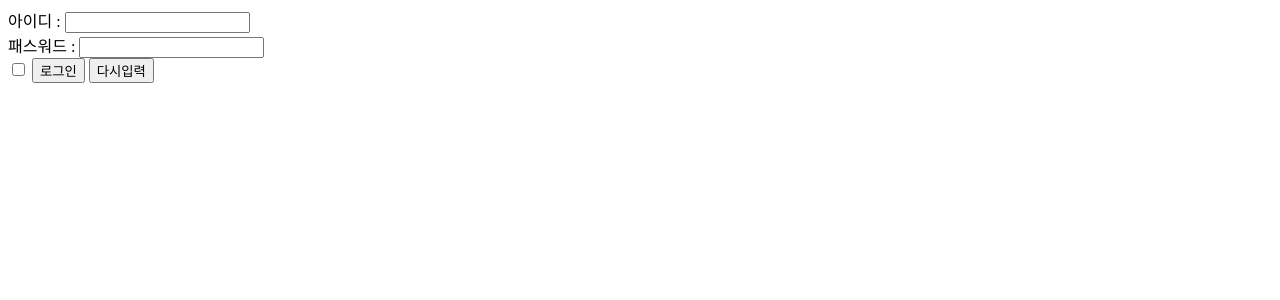
Repository: onerain5120/db_conn
Page: eclipse-workspace/pro06/src/main/webapp/login.html
These files come from the project's save history. The page is drawn as it stood at one moment and after the next save; the edit follows.
The browser window is 1280 px wide. The pictures show the whole page.

Above is the page before, as saved 2023-09-27 01:53:55.

After the next save:
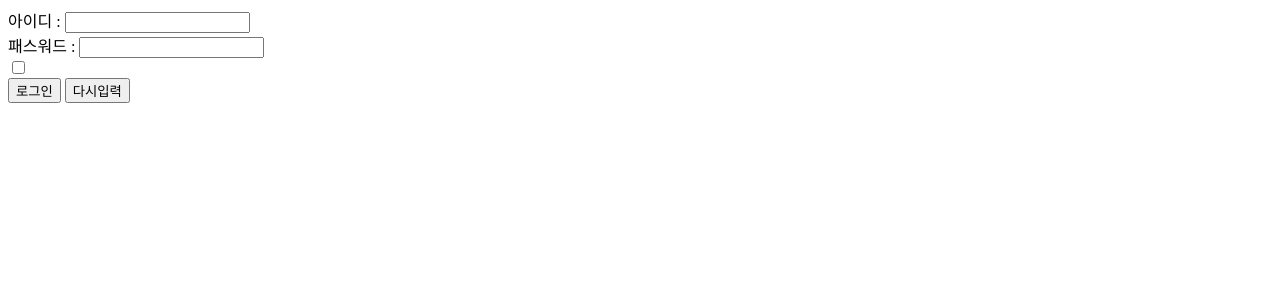
Saved 49 s later.
--- a/eclipse-workspace/pro06/src/main/webapp/login.html
+++ b/eclipse-workspace/pro06/src/main/webapp/login.html
@@ -12,7 +12,7 @@
 		아이디 : <input type="text" name="user_id"><br>
 		패스워드 : <input type="password" name="user_pw"><br>
 
-		<input type="checkbox">
+		<input type="checkbox" value="떡볶이"><br>
 
 
 		<input type="submit" value="로그인">
